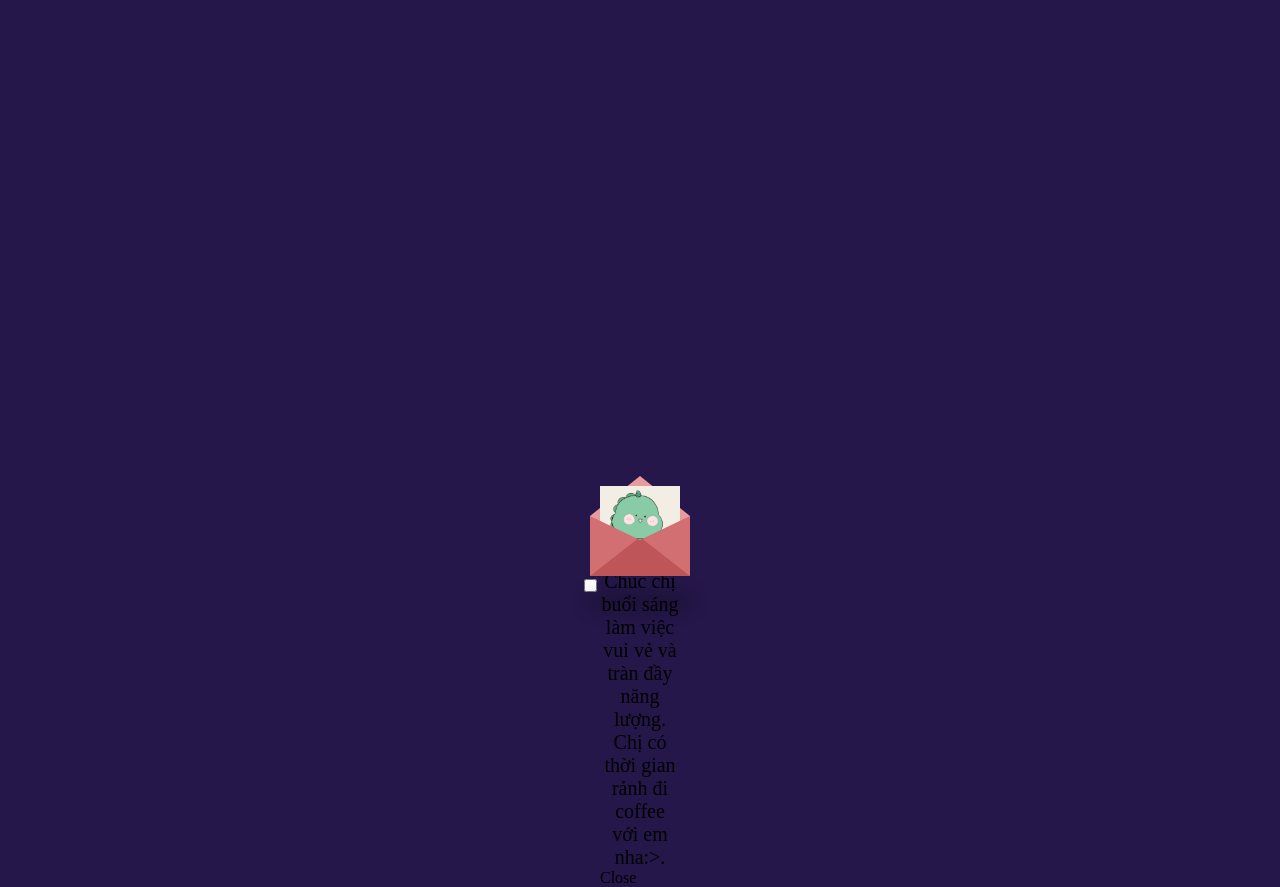
Repository: Dangtrinh28/letter
Page: index.html
The author's editor kept a copy of each file at every save. The page is drawn from the files as they stood at one save, then again after the next save.
The browser window is 1280 px wide. The pictures show the whole page.

Above is the page before, as saved 2022-12-15 23:52:43.

### index.html
<!DOCTYPE html>
<html lang="en">
<head>
    <meta charset="UTF-8">
    <meta http-equiv="X-UA-Compatible" content="IE=edge">
    <meta name="viewport" content="width=device-width, initial-scale=1.0">
    <title>Good Morning</title>
    <link rel="stylesheet" href="./main.css">
</head>
<body>
    <div class="message">
        <div class="box">
            <input type="checkbox" name="" id="message">
            <div class="content">
                <img src="./khunglong.png"  class="img" alt="">
                <div class="title"></div>
                <div class="desc">Chúc chị buổi sáng làm việc vui vẻ và tràn đầy năng lượng. <br> Chị có thời gian rảnh đi coffee với em nha:>.
                </div>
                <label for="message">Close</label>
            </div>
            <label for="message" class="design-Box"></label>
        </div>
    </div>
</body>
</html>

### main.css
@import url('https://fonts.googleapis.com/css2?family=Dancing+Script:wght@400;500&family=Roboto:wght@300;400;500;700&display=swap');
body {
    overflow: hidden;
    background-color: #251749;
}

.box {
    position: absolute;
    top: 80%;
    left: 50%;
    transform: translate(-50%,-50%);
    width: 100px;
}

.box::before {
    position: absolute;
    content: "";
    background-color: #e69c9f;
    width: 100px;
    height: 100px;
    bottom: 0;
    left: 0;
    clip-path: polygon(0 40%, 50% 0, 100% 40%, 100% 100%, 0 100%);
}

.box::after {
    position: absolute;
    width: 100px;
    background-color: #000;
    content: "";
    height: 10px;
    bottom: -30px;
    opacity: 0.4;
    filter: blur(10px);
}

.content {
    position: absolute;
    background: #f2eee4;
    width: 80%;
    left: 50%;
    bottom: 0;
    transform: translate(-50%, -10px);
    height: 80px;
    transition: 0.5s;
}

.design-Box {
    position: absolute;
    bottom: 0;
    left: 0;
    width: 100%;
    height: 60px;
    background-color: #d26f72;
    display: block;
    clip-path: polygon(50% 40%, 100% 0, 100% 100%, 0 100%, 0 0);
}

.design-Box::after {
    position: absolute;
    bottom: 0;
    left: 0;
    width: 100%;
    height: 65%;
    background-color: #bd5559;
    content: "";
    clip-path: polygon(0 100%, 50% 0%, 100% 100%);
}
.box:hover .content{
    cursor: pointer;
    transform: translate(-50%, -30px);
}

input {
    position: absolute;
    left: -10px;
}

input:checked ~ .content {
    bottom: 150px;
    width: 250px;
    height: 350px;
    margin: 0;
    left: 50%;
    transform: translate(-50%);
}

.img {
    width: 100%;
    text-align: center;
    object-fit: contain;
}

.desc {
    width: 100%;
    text-align: center;
    font-size: 20px;
    font-weight: 500;
}

After the next save:
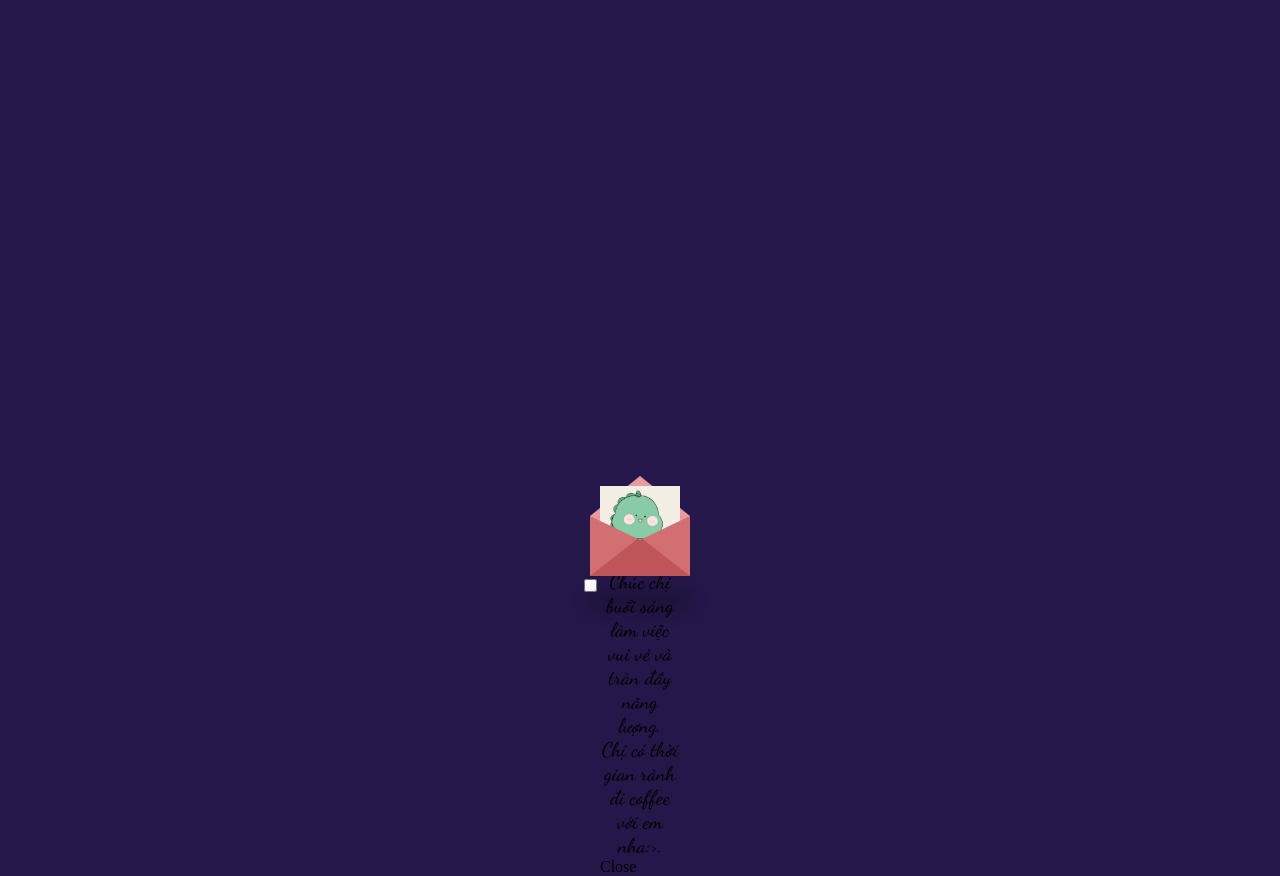
Saved 10 s later.
--- a/main.css
+++ b/main.css
@@ -95,5 +95,6 @@
     width: 100%;
     text-align: center;
     font-size: 20px;
+    font-family: 'Dancing Script', cursive;
     font-weight: 500;
 }

After the 2 saves that followed:
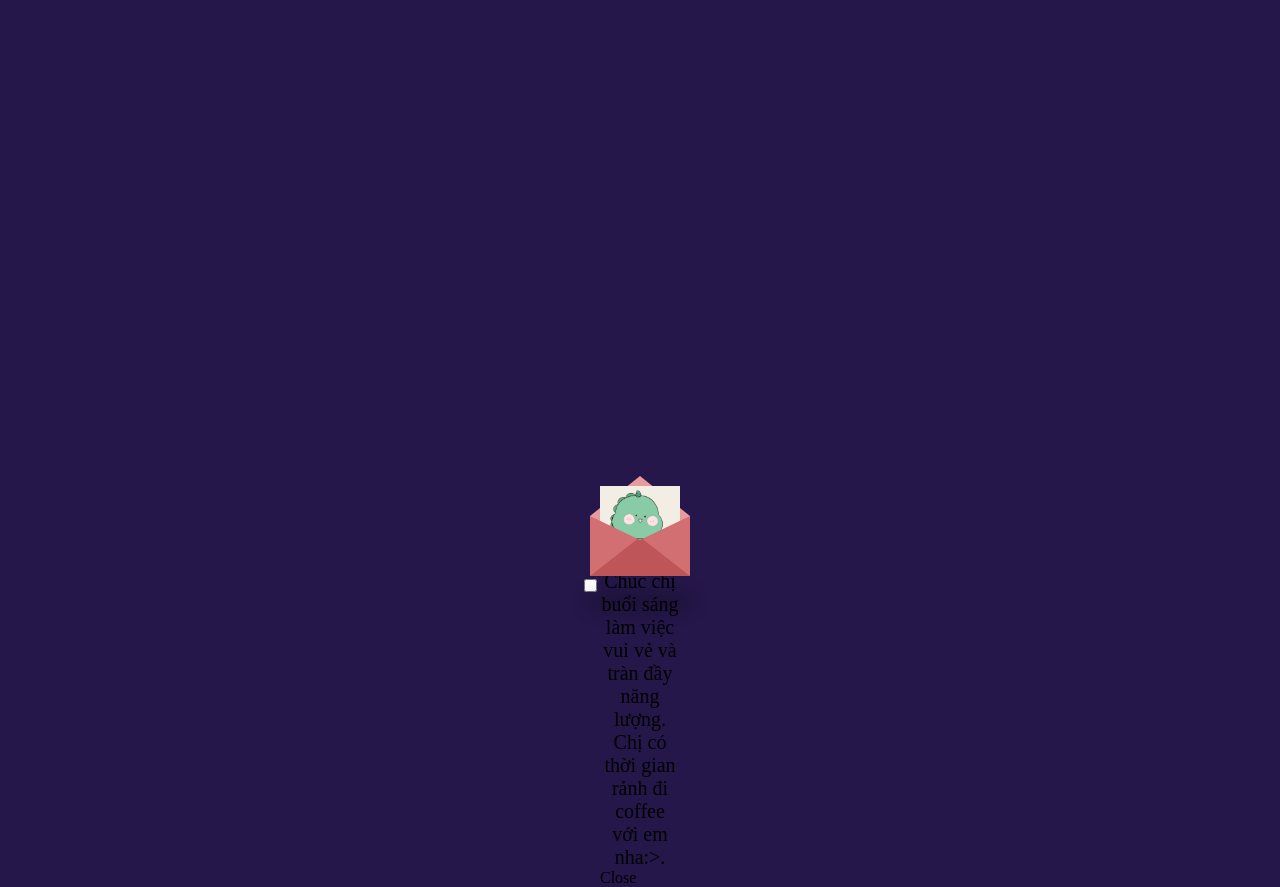
The 2 saves are shown as one change because they came seconds apart.
The last was saved 15 s later.
--- a/main.css
+++ b/main.css
@@ -1,4 +1,3 @@
-@import url('https://fonts.googleapis.com/css2?family=Dancing+Script:wght@400;500&family=Roboto:wght@300;400;500;700&display=swap');
 body {
     overflow: hidden;
     background-color: #251749;
@@ -95,6 +94,5 @@
     width: 100%;
     text-align: center;
     font-size: 20px;
-    font-family: 'Dancing Script', cursive;
     font-weight: 500;
 }
